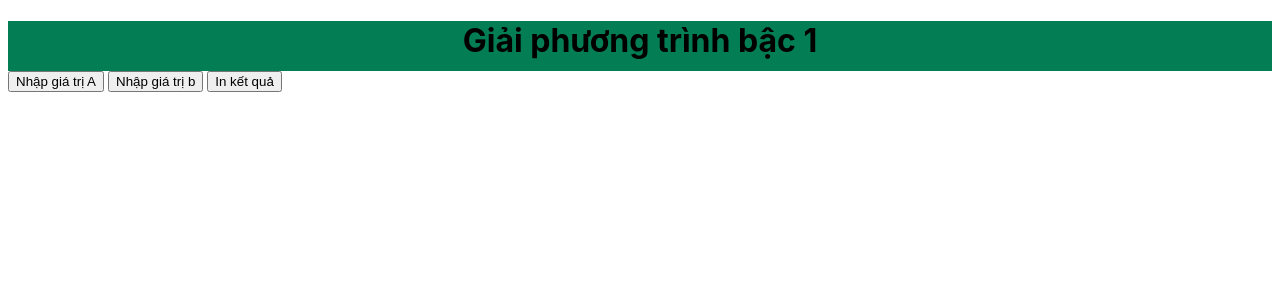
Repository: AnhDuc0125/HTML-Aptech
Page: bt2018/index.html
The author's editor kept a copy of each file at every save. The page is drawn from the files as they stood at one save, then again after the next save.
The browser window is 1280 px wide. The pictures show the whole page.

Above is the page before, as saved 2021-11-26 21:39:20.

After the next save:
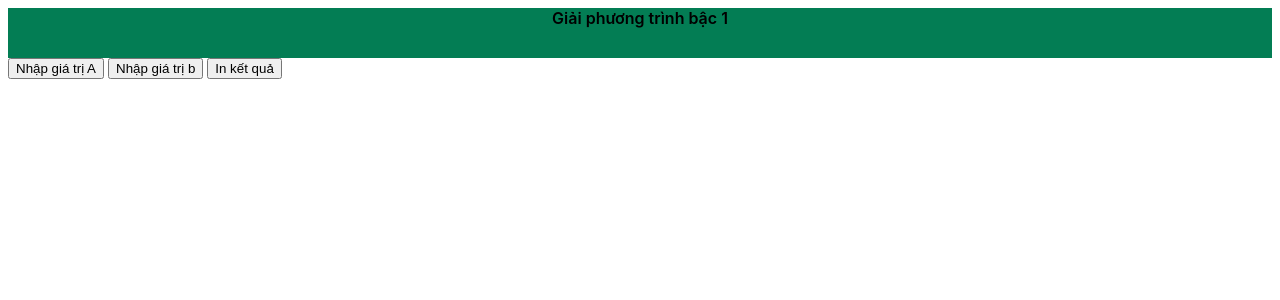
Saved 9 s later.
--- a/bt2018/index.html
+++ b/bt2018/index.html
@@ -15,14 +15,11 @@
             align-items: center;
             text-align: center;
         }
-        h1 {
-
-        }
     </style>
 </head>
 <body>
     <div class="title">
-        <h1>Giải phương trình bậc 1</h1>
+        Giải phương trình bậc 1
     </div>
     <div class="boxed">
         <button onclick="value_a()">Nhập giá trị A</button>

After the save that followed:
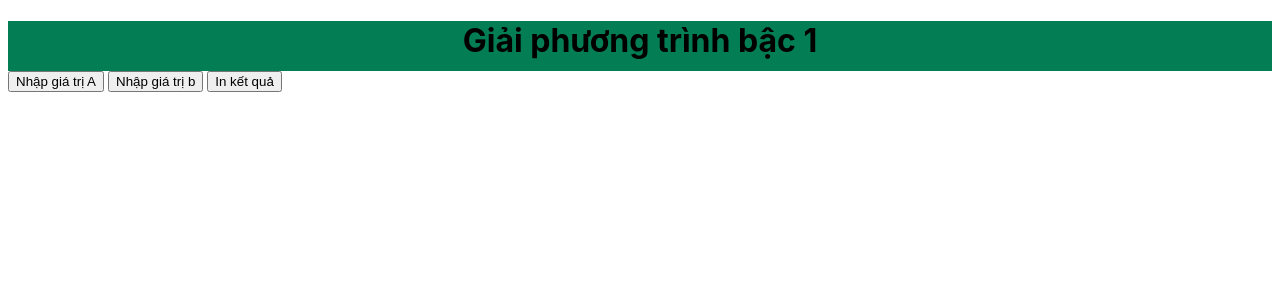
Saved 9 s later.
--- a/bt2018/index.html
+++ b/bt2018/index.html
@@ -19,7 +19,7 @@
 </head>
 <body>
     <div class="title">
-        Giải phương trình bậc 1
+        <h1>Giải phương trình bậc 1</h1>
     </div>
     <div class="boxed">
         <button onclick="value_a()">Nhập giá trị A</button>
